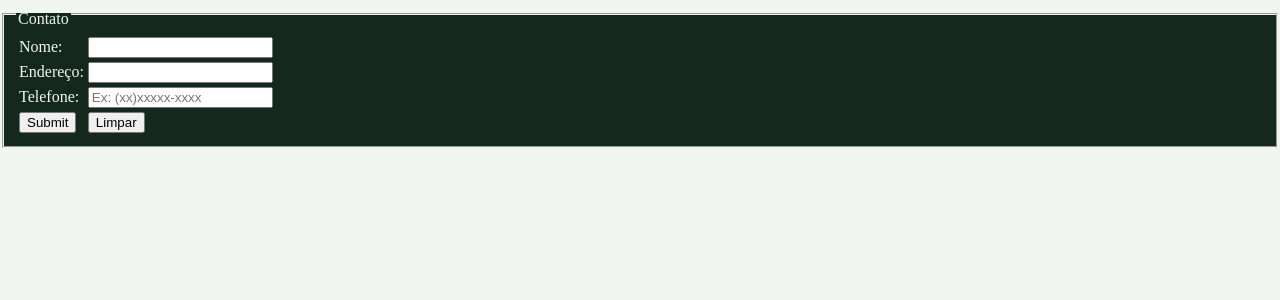
Repository: otavio-vicente/BackEnd-UniSenai
Page: WorkspaceTrilhaWeb/exemploServlet/src/main/webapp/contato.html
An editor plug-in stored every save of this project. The page is shown before and after the next save, followed by the edit.
The browser window is 1280 px wide. The pictures show the whole page.

Above is the page before, as saved 2024-06-13 22:56:54.

After the next save:
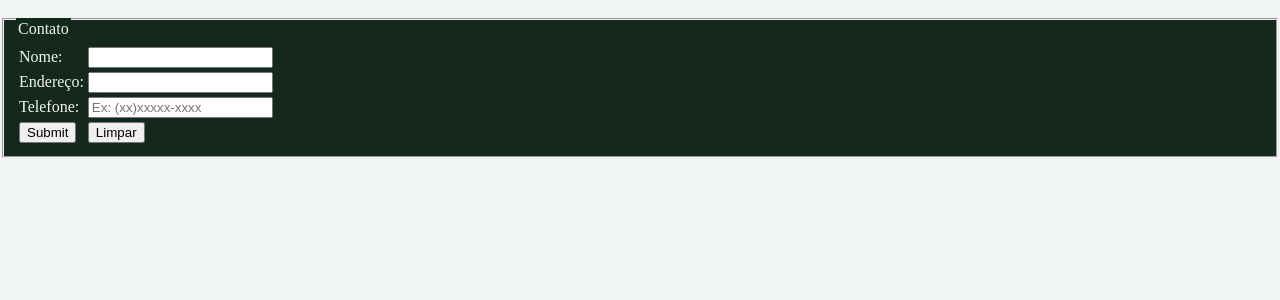
Saved 7 s later.
--- a/WorkspaceTrilhaWeb/exemploServlet/src/main/webapp/style.css
+++ b/WorkspaceTrilhaWeb/exemploServlet/src/main/webapp/style.css
@@ -10,5 +10,5 @@ fieldset {
 	color: #F1F5F2;
 }
 legend{
-	padding-top: 10px;
+	padding-top: 20px;
 }
